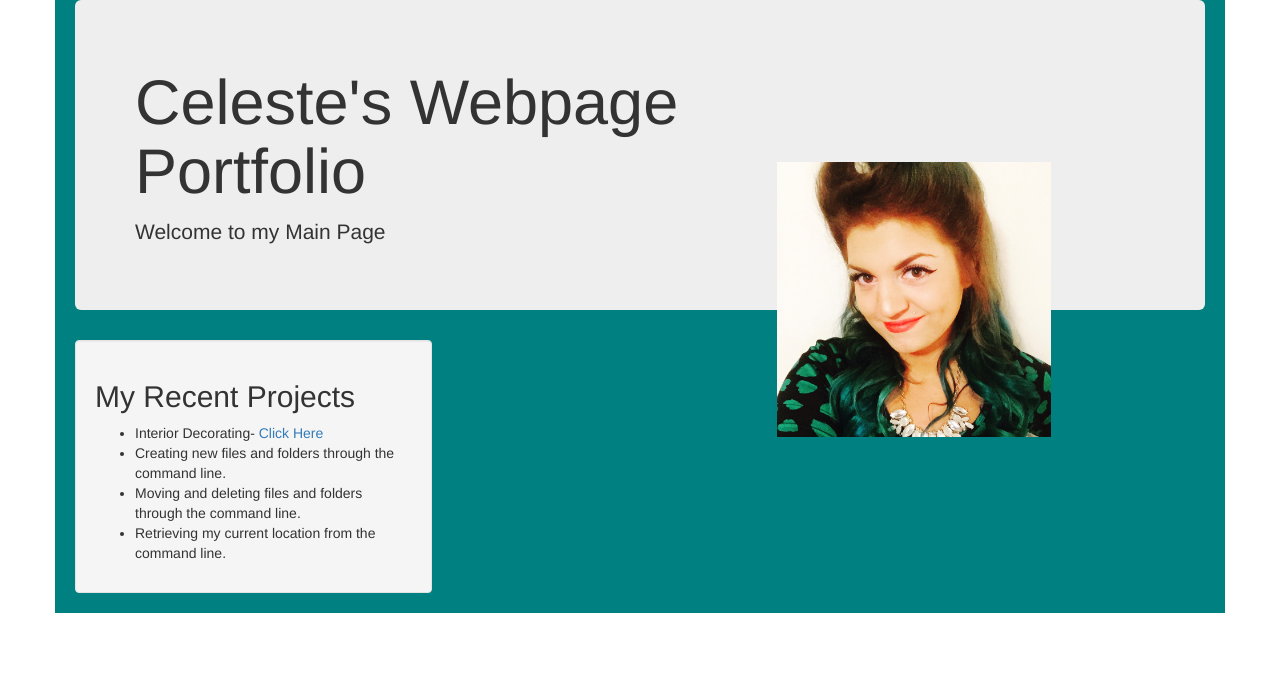
Repository: fieldceleste/portfolio-celeste
Page: portfolio-celeste.html
The author's editor kept a copy of each file at every save. The page is drawn from the files as they stood at one save, then again after the next save.
The browser window is 1280 px wide. The pictures show the whole page.

Above is the page before, as saved 2019-11-01 13:01:35.

### portfolio-celeste.html
<!DOCTYPE html>
<html>
  <head>
    <title>Celeste Field's Portfolio</title>
  <link href="css/bootstrap.css" rel="stylesheet" type="text/css">
  <link href="css/styles.css" rel="stylesheet" type="text/css">

 <body>
    <div class="container">
      <div class="jumbotron">
        <h1><img src="img/celeste.jpeg" class="img" alt="photo of celeste field"> Celeste's Webpage Portfolio </h1>
        <p>Welcome to my Main Page</p>
    </div>
    <div class="row">
      <div class="col-md-4">
        <div class="well">
            <div class="">
             </div>
            <h2>My Recent Projects</h2>
              <ul>
                <li>Interior Decorating- <a herf="https://github.com/fieldceleste/interior-decorator.git">Click Here</a> </li>
                <li>Creating new files and folders through the command line.</li>
                <li>Moving and deleting files and folders through the command line.</li>
                <li>Retrieving my current location from the command line.</li>
              </ul>
            </div>

                  </div>



  </body>
</html>

### css/styles.css
img{
float:right;
width: 45%;
height:45%;
padding: 90px;
margin: 4px;
}
.dropdown-item{


}

Loaded but not shown: css/bootstrap.css (library)

After the next save:
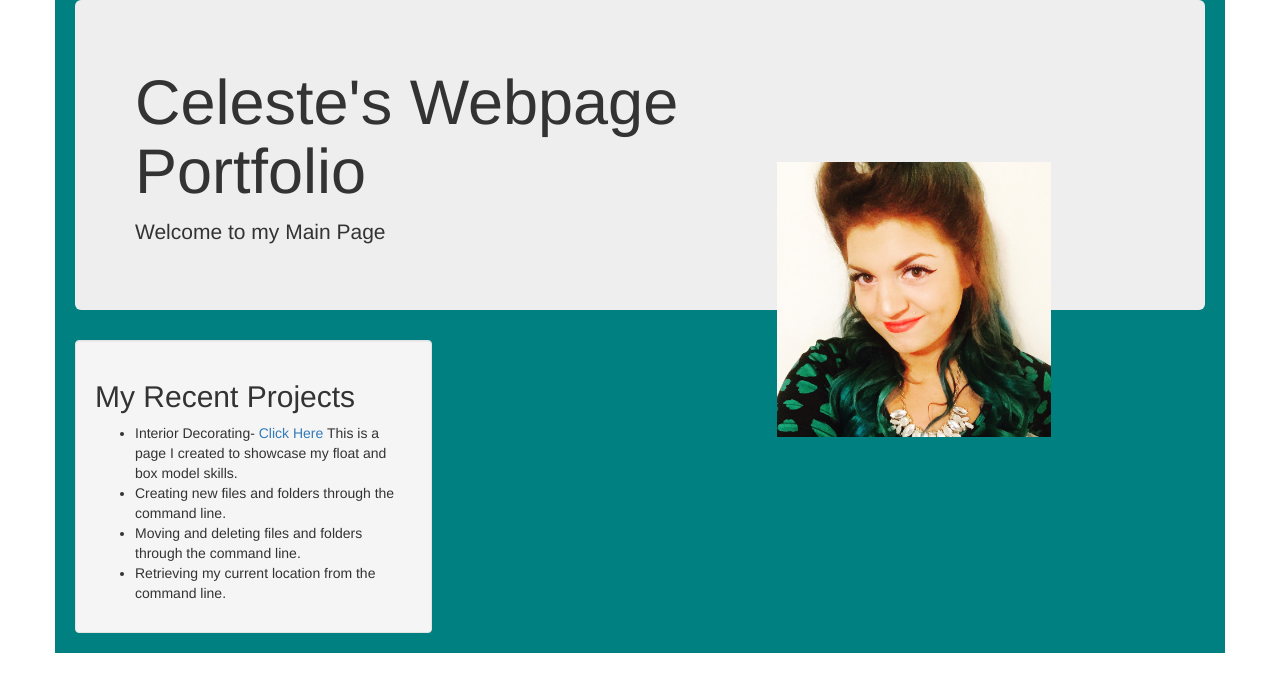
Saved 87 s later.
--- a/portfolio-celeste.html
+++ b/portfolio-celeste.html
@@ -18,7 +18,7 @@
              </div>
             <h2>My Recent Projects</h2>
               <ul>
-                <li>Interior Decorating- <a herf="https://github.com/fieldceleste/interior-decorator.git">Click Here</a> </li>
+                <li>Interior Decorating- <a herf="https://github.com/fieldceleste/interior-decorator.git">Click Here</a> This is a page I created to showcase my float and box model skills.  </li>
                 <li>Creating new files and folders through the command line.</li>
                 <li>Moving and deleting files and folders through the command line.</li>
                 <li>Retrieving my current location from the command line.</li>
